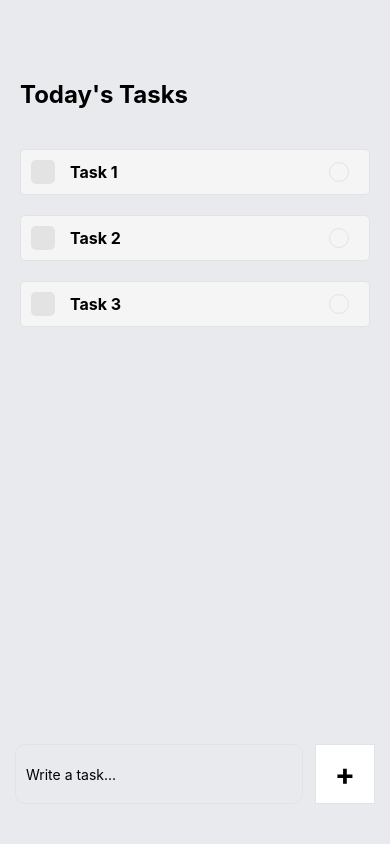
Repository: lomelo-x/ToDo-App
Screen: /
An editor plug-in stored every save of this project. The screen is shown before and after a run of saves, followed by the edit.
The app was drawn by React Native's web renderer in a window 390 px wide. The project was rebuilt for these pictures with package versions that can differ from the ones it lists, and the page was loaded fresh each time.

Above is the screen before, as saved 2022-06-17 21:36:53.

After the next 3 saves:
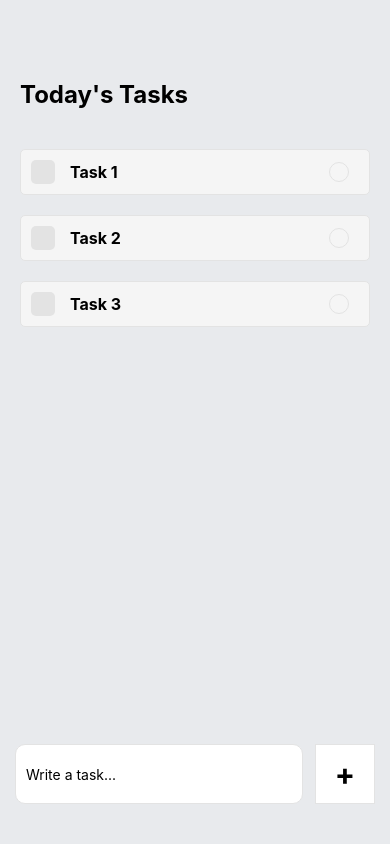
The 3 saves are shown as one change because they came seconds apart.
The last was saved 12 s later.
--- a/App.js
+++ b/App.js
@@ -58,6 +58,7 @@ const styles = StyleSheet.create({
 	},
 writeTaskInput: {
 		borderWidth: 1,
+		backgroundColor: '#fff',
 		borderColor: '#e3e3e3',
 		borderRadius: 10,
 		padding: 10,
